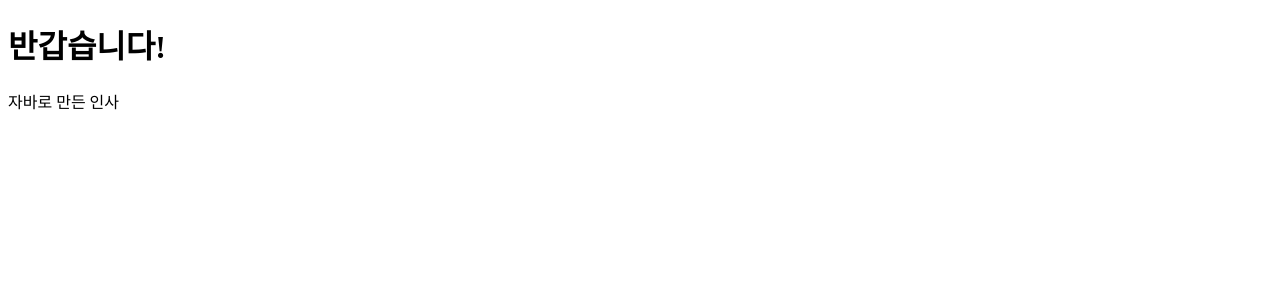
Repository: MySunTY/JSP
Page: http://localhost/JSP01/
An editor plug-in stored every save of this project. The page is shown before and after the next save, followed by the edit.
The browser window is 1280 px wide. The pictures show the whole page.
The page is served by Tomcat 9.

Above is the page before, as saved 2024-05-09 05:27:20.

### JSP01/src/main/webapp/index.jsp
<%@ page language="java" contentType="text/html; charset=UTF-8"
    pageEncoding="UTF-8"%>
<!DOCTYPE html>
<html>
	<head>
		<meta charset="UTF-8">
		<title>첫번째 JSP</title>
	</head>
	<body>
		<h1>반갑습니다!</h1>
		<% String str = "자바로 만든 인사"; %>
		<% out.print(str); %>
	</body>
</html>

After the next save:
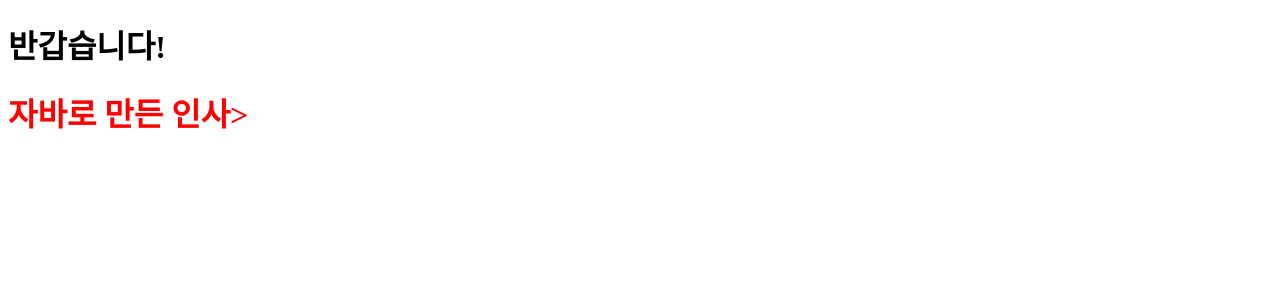
Saved 114 s later.
--- a/JSP01/src/main/webapp/index.jsp
+++ b/JSP01/src/main/webapp/index.jsp
@@ -9,6 +9,6 @@
 	<body>
 		<h1>반갑습니다!</h1>
 		<% String str = "자바로 만든 인사"; %>
-		<% out.print(str); %>
+		<h1 style="color:red"><% out.print(str); %>></h1>
 	</body>
 </html>
